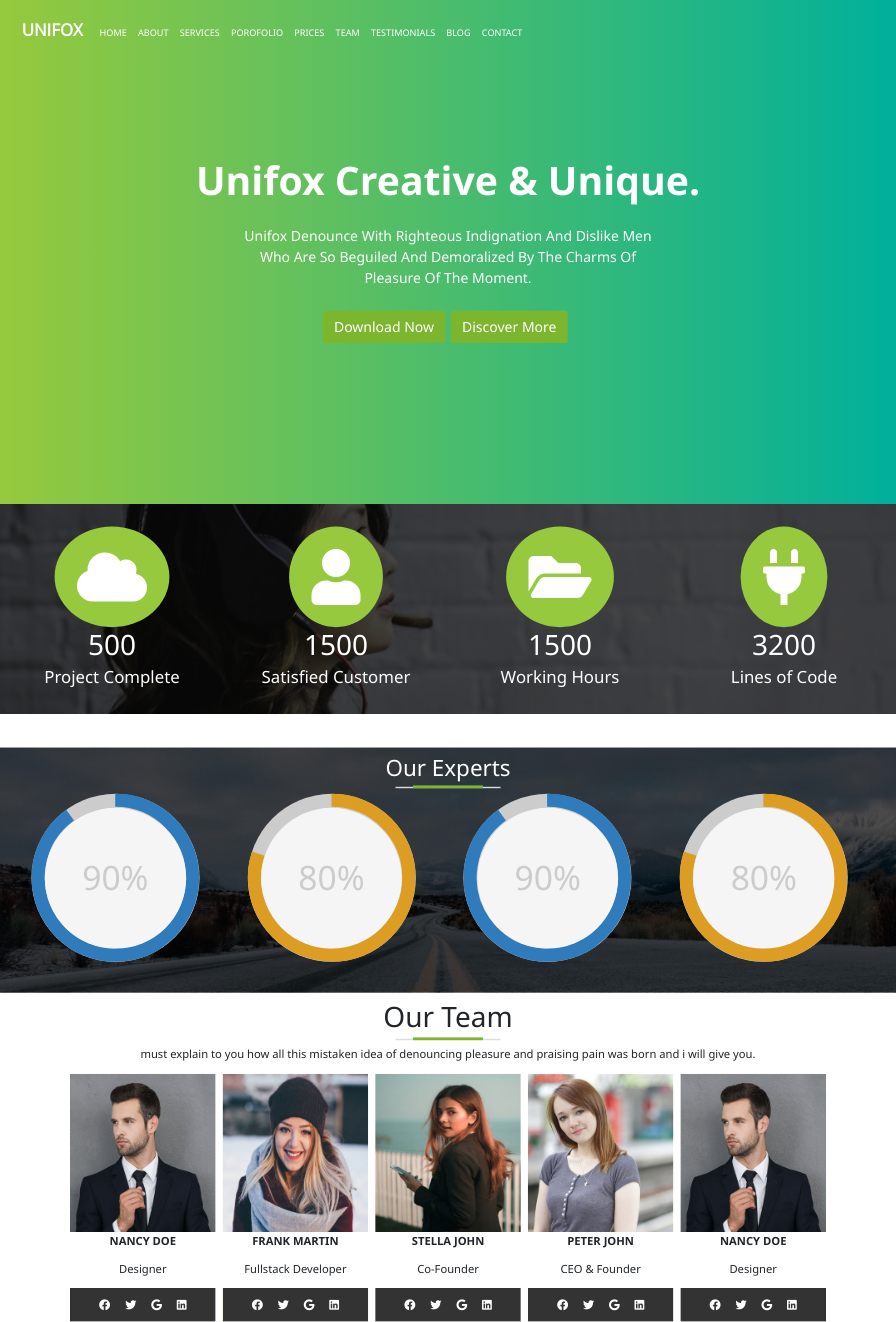
Repository: ibrkhalil/Uniforce-First-Attempt
Page: index.html
An editor plug-in stored every save of this project. The page is shown before and after the next save, followed by the edit.
The browser window is 1280 px wide. The pictures show the whole page, at 70% of full size.
Backgrounds fixed to the window are drawn as part of the page.

Above is the page before, as saved 2021-01-24 02:08:56.

After the next save:
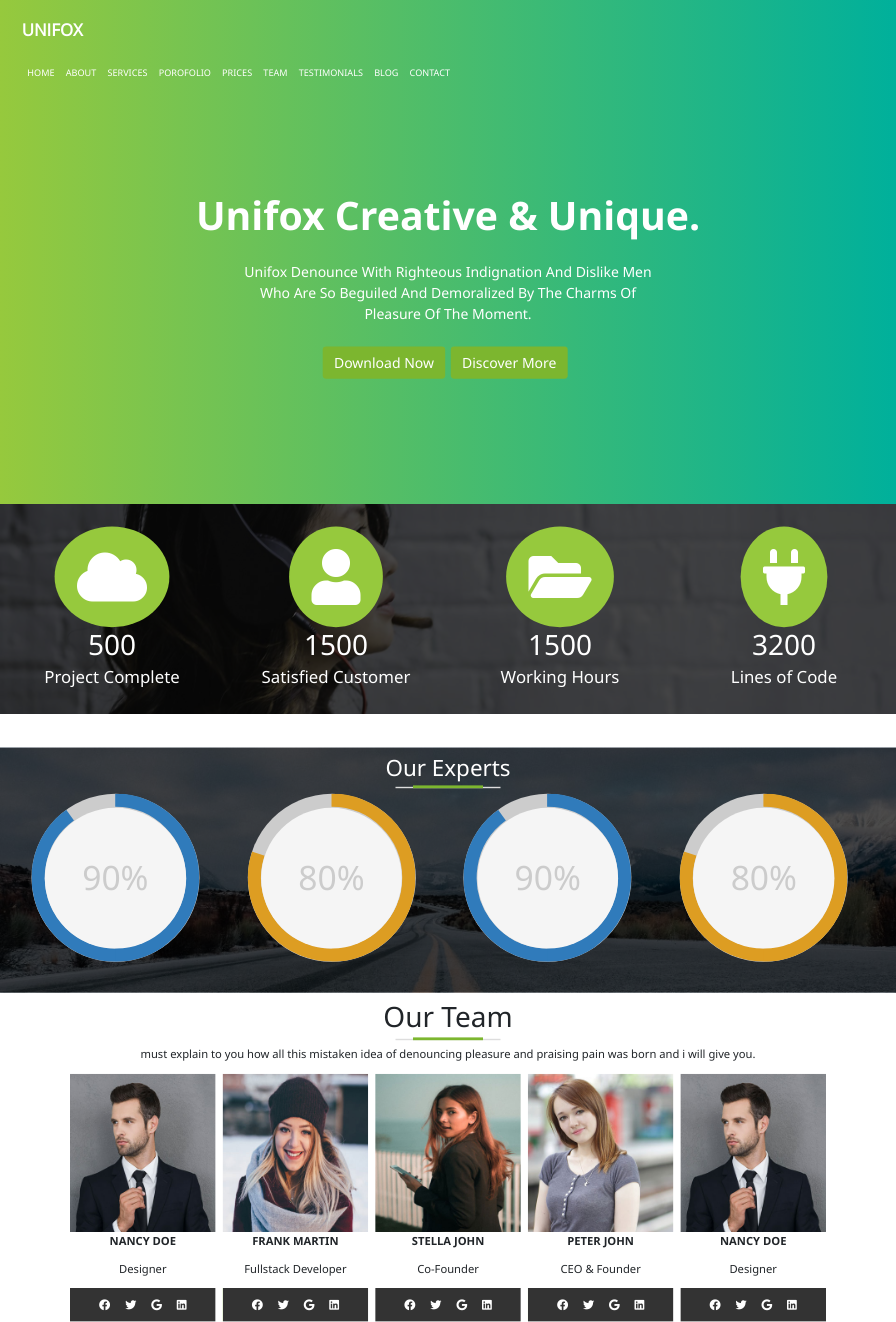
Saved 16 s later.
--- a/index.html
+++ b/index.html
@@ -25,21 +25,23 @@
 
 
                                 <div class="container-fluid">
-
-                                    <a class="navbar-brand" href="#"><h3 class="unifox">UNIFOX</h3></a>
-                                    <button class="navbar-toggler" type="button" data-toggle="collapse" data-target="#navbarSupportedContent" aria-controls="navbarSupportedContent" aria-expanded="false" aria-label="Toggle navigation">
-                                        <span class="fa fa-bars fa-3x"></span>
-                                    </button>
-
-
-
-
-                                    <div class="collapse navbar-collapse" id="navbarSupportedContent">
-                                        <ul class="navbar-nav mr-auto">
-                                            <li class=" item">
-                                        <a class="nav-link active" href="#">HOME</a>
-                                    </li>
-                                    <li class="nav-item"><a class="nav-link" href="#">ABOUT</a>
+                                    <div class="nav-items">
+
+
+                                        <a class="navbar-brand" href="#"><h3 class="unifox">UNIFOX</h3></a>
+                                        <button class="navbar-toggler" type="button" data-toggle="collapse" data-target="#navbarSupportedContent" aria-controls="navbarSupportedContent" aria-expanded="false" aria-label="Toggle navigation">
+                                            <span class="fa fa-bars fa-3x"></span>
+                                        </button>
+
+
+
+
+                                        <div class="collapse navbar-collapse" id="navbarSupportedContent">
+                                            <ul class="navbar-nav mr-auto">
+                                                <li class=" item">
+                                                    <a class="nav-link active" href="#">HOME</a>
+                                                </li>
+                                                <li class="nav-item"><a class="nav-link" href="#">ABOUT</a>
                                     </li>
                                     <li class="nav-item">
                                         <a class="nav-link" href="#">SERVICES</a>
@@ -56,6 +58,7 @@
                             </div>
 
                         </div>
+                        </div>
 
                 <!-- </div> -->
                 </nav>
